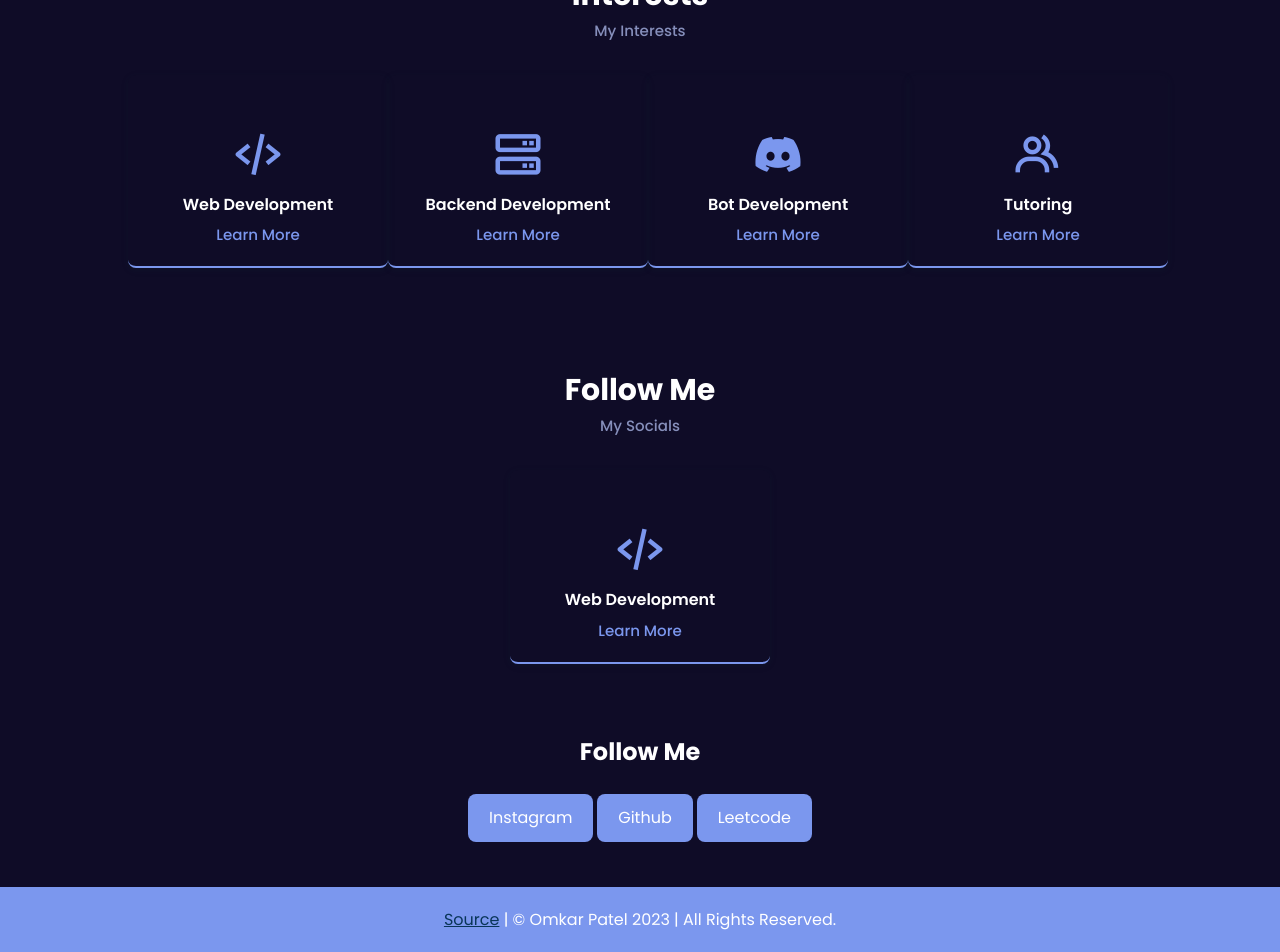
Repository: omkarxpatel/Omkar-Portfolio
Page: src/index.html
An editor plug-in stored every save of this project. The page is shown before and after a run of saves, followed by the edit.
The browser window is 1280 px wide. The pictures show the part of the page from y = 2098 to 3050 px (the page is 3050 px tall before and 2996 px after).
A picture or video elsewhere on the page could not be fetched, so the positions and the page height are approximate.

Above is the page before, as saved 2023-03-25 18:04:41.

After the next 2 saves:
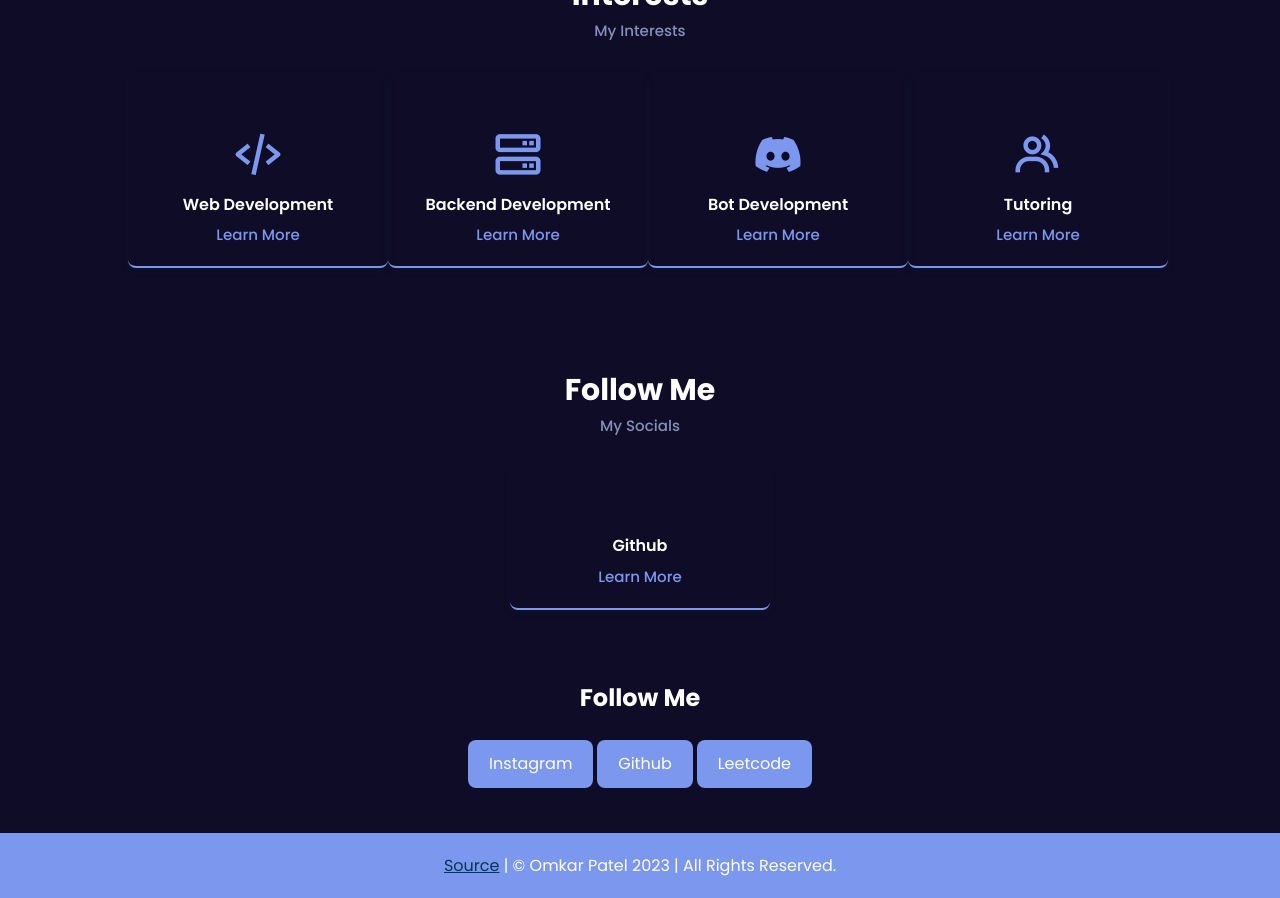
The 2 saves are shown as one change because they came seconds apart.
The last was saved 7 s later.
--- a/src/index.html
+++ b/src/index.html
@@ -250,8 +250,8 @@
     <div class="interests-content">
 
         <div class="interests-box">
-            <i class='bx bx-code-alt'></i>
-            <h3>Web Development</h3>
+            <i class='bx bx--alt'></i>
+            <h3>Github</h3>
             <a href="#skills">Learn More</a>
         </div>
 

After the 2 saves that followed:
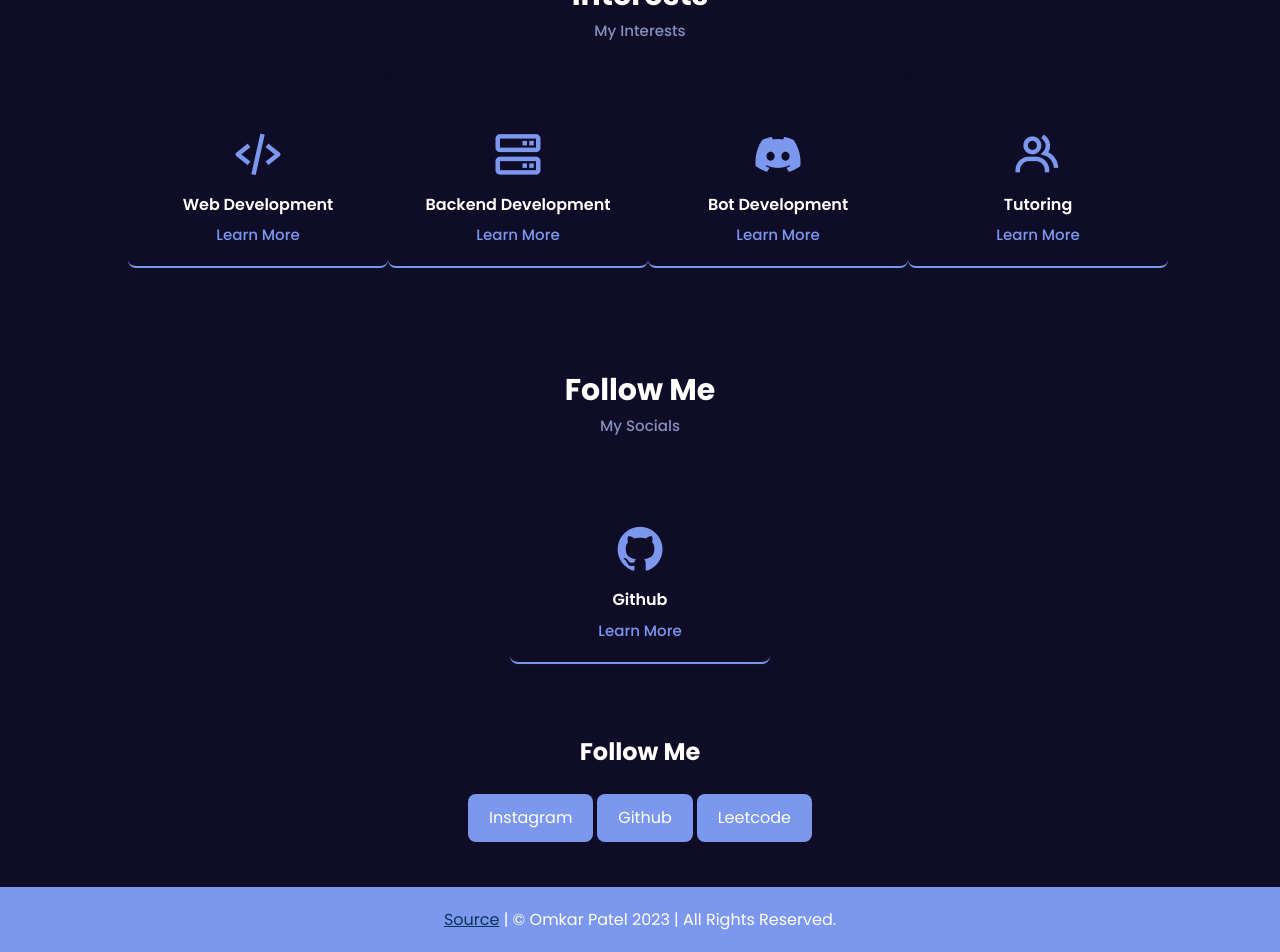
The 2 saves are shown as one change because they came seconds apart.
The last was saved 5 s later.
--- a/src/index.html
+++ b/src/index.html
@@ -250,7 +250,7 @@
     <div class="interests-content">
 
         <div class="interests-box">
-            <i class='bx bx--alt'></i>
+            <i class='bx bxl-github'></i>
             <h3>Github</h3>
             <a href="#skills">Learn More</a>
         </div>
